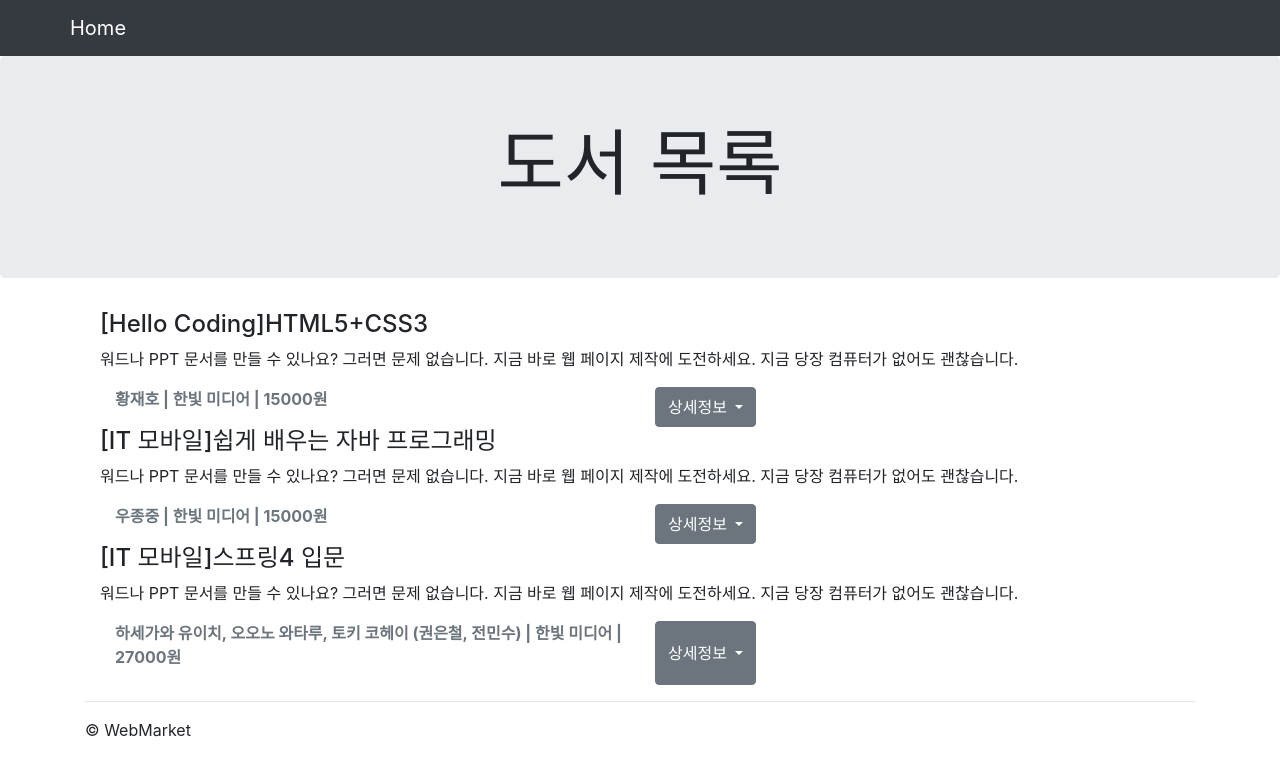
Repository: freedomseok8047/jsp
Page: http://localhost/BookMarket/books.jsp
An editor plug-in stored every save of this project. The page is shown before and after the next save, followed by the edit.
The browser window is 1280 px wide. The pictures show the whole page.
The page is served by Tomcat 9.

Above is the page before, as saved 2023-08-24 06:21:57.

After the next save:
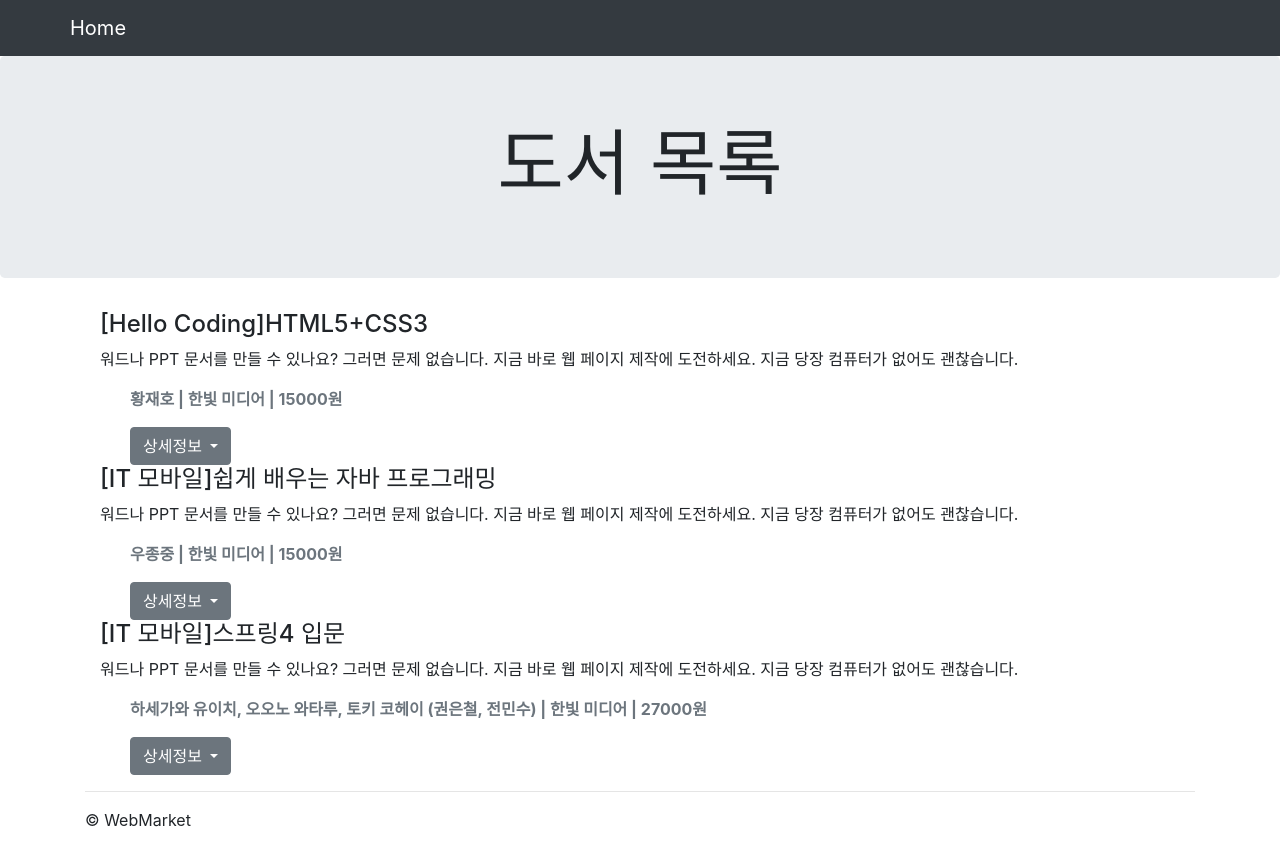
Saved 36 s later.
--- a/BookMarket/src/main/webapp/books.jsp
+++ b/BookMarket/src/main/webapp/books.jsp
@@ -32,7 +32,7 @@
 				<h4>[<%=book.getCategory()%>]<%=book.getName()%></h4>
 				<p><%=book.getDescription()%>
 			<div class="container">
-  				<div class="row">
+  				<div class="row-xl-4">
 				<p class="col font-weight-bold text-secondary"><%=book.getAuthor() %> | <%=book.getPublisher() %> | <%=book.getUnitPrice()%>원
 
 				<div class=" col btn-group" role="group">

After the save that followed:
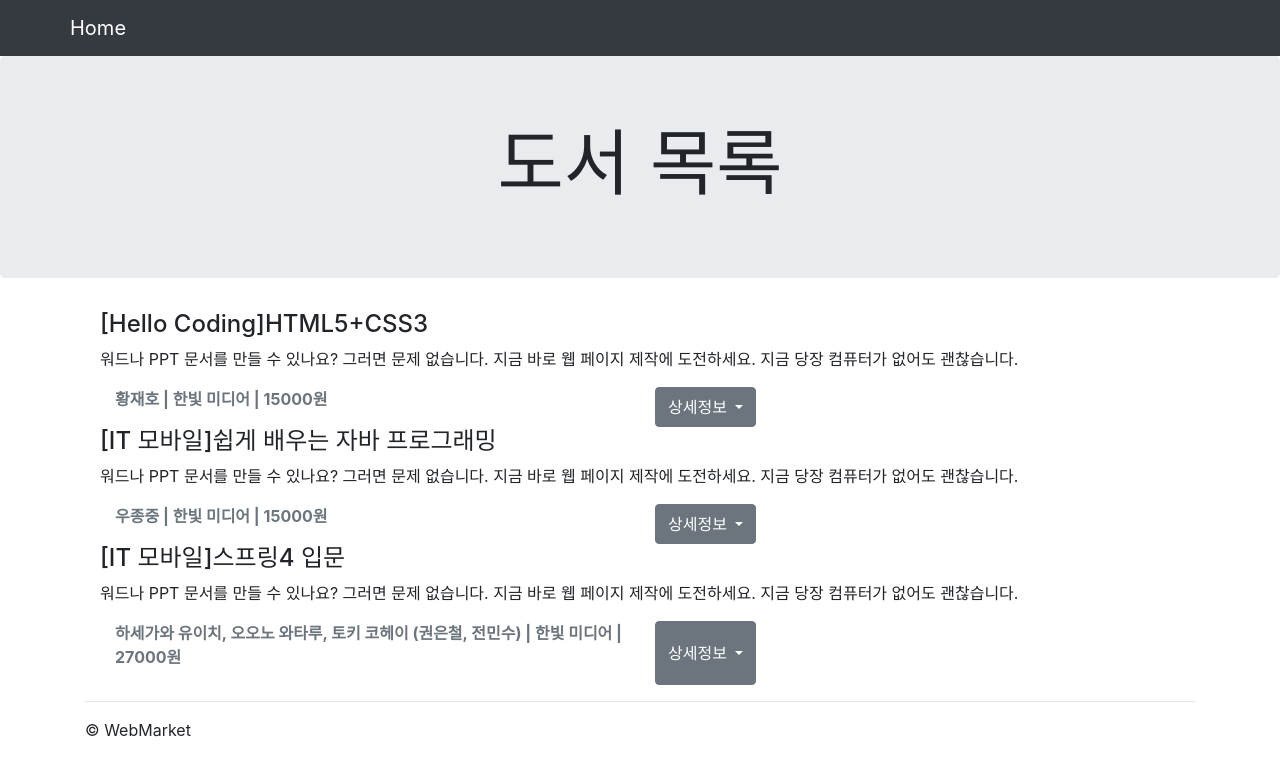
Saved 29 s later.
--- a/BookMarket/src/main/webapp/books.jsp
+++ b/BookMarket/src/main/webapp/books.jsp
@@ -32,7 +32,7 @@
 				<h4>[<%=book.getCategory()%>]<%=book.getName()%></h4>
 				<p><%=book.getDescription()%>
 			<div class="container">
-  				<div class="row-xl-4">
+  				<div class="row row-xl-4">
 				<p class="col font-weight-bold text-secondary"><%=book.getAuthor() %> | <%=book.getPublisher() %> | <%=book.getUnitPrice()%>원
 
 				<div class=" col btn-group" role="group">
